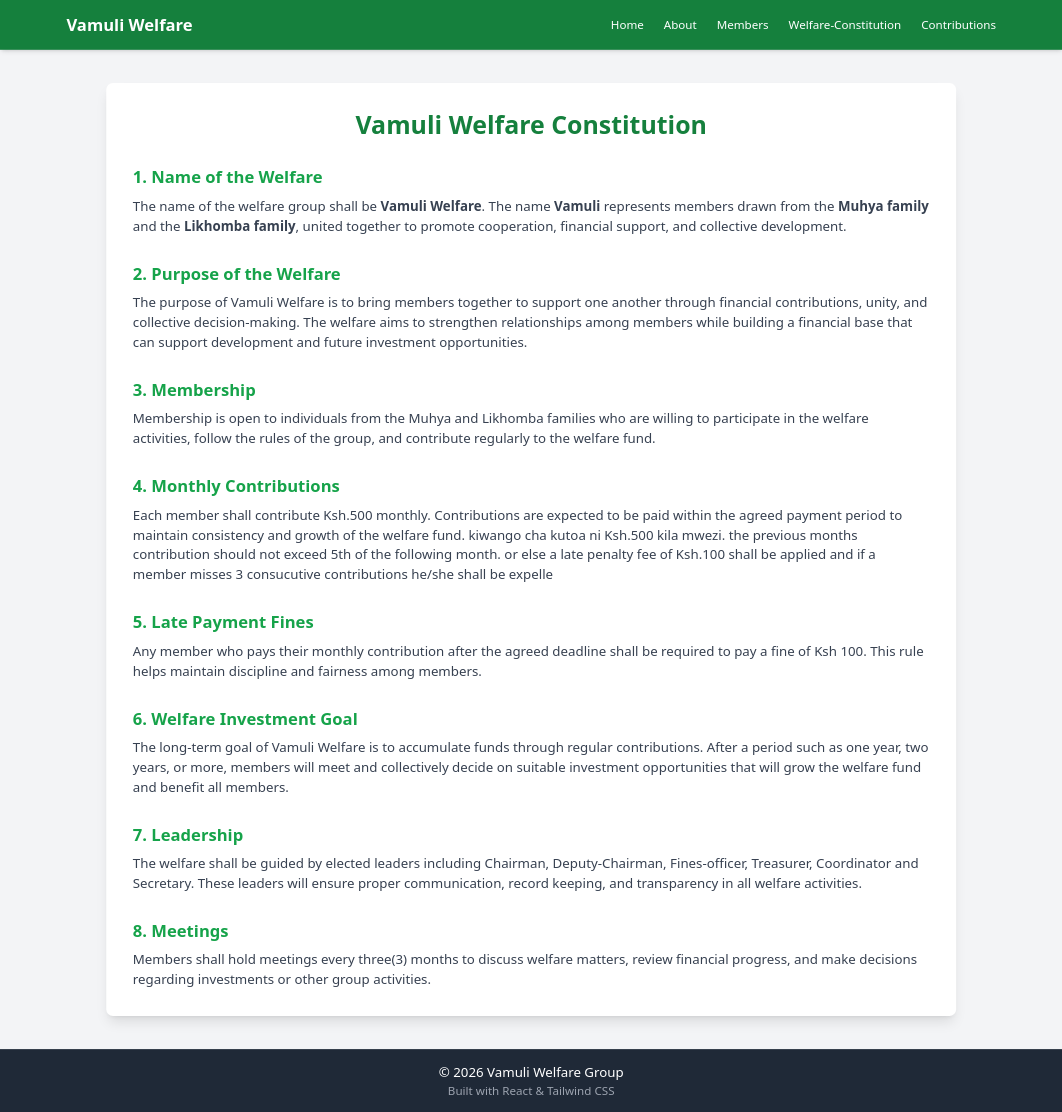
Repository: Engineer-collo/Vamuli-welfare
Page: /constitution
The author's editor kept a copy of each file at every save. The page is drawn from the files as they stood at one save, then again after a run of saves.
The browser window is 1280 px wide. The pictures show the whole page, at 83% of full size.
The project was rebuilt for these pictures with package versions that can differ from the ones it lists, and the page was loaded fresh each time. Also part of the build but not shown: vite.config.js, src/pages/contributionsData.js, src/pages/Home.jsx, src/pages/Members.jsx, src/pages/ContributionsTable.jsx, src/pages/About.jsx.

Above is the page before, as saved 2026-03-16 15:30:15.

### index.html
<!doctype html>
<html lang="en">
  <head>
    <meta charset="UTF-8" />
    <link rel="icon" type="image/svg+xml" href="/favicon.svg" />
    <meta name="viewport" content="width=device-width, initial-scale=1.0" />
    <title>vamuli-welfare</title>
  </head>
  <body>
    <div id="root"></div>
    <script type="module" src="/src/main.jsx"></script>
  </body>
</html>

### src/App.jsx
import { BrowserRouter as Router, Routes, Route } from "react-router-dom";

import Navbar from "./components/Navbar";
import Footer from "./components/Footer";

import Home from "./pages/Home";
import Members from "./pages/Members";
import ContributionsTable from "./pages/ContributionsTable";
import WelfareConstituion from "./pages/WelfareConstituion";
import About from "./pages/About";

function App() {
  return (
    <Router>
      <div className="bg-gray-100 min-h-screen">

        <Navbar />

        <Routes>
          <Route path="/" element={<Home />} />
          <Route path="/members" element={<Members />} />
          <Route path="/contributions" element={<ContributionsTable />} />
          <Route path="/about" element={<About />} />
          <Route path="/constitution" element={<WelfareConstituion/>} />

        </Routes>

        <Footer />

      </div>
    </Router>
  );
}

export default App;

### src/components/Navbar.jsx
import { Link } from "react-router-dom";

function Navbar() {
  return (
    <nav className="bg-green-700 text-white shadow-md">
      <div className="max-w-6xl mx-auto flex justify-between items-center p-4">

        <h1 className="text-xl font-bold">
          <Link to="/">Vamuli Welfare</Link>
        </h1>

        <ul className="flex gap-6 text-sm">
          <li>
            <Link to="/" className="hover:text-gray-200">Home</Link>
          </li>

          <li>
            <Link to="/about" className="hover:text-gray-200">About</Link>
          </li>

          <li>
            <Link to="/members" className="hover:text-gray-200">Members</Link>
          </li>

          <li>
            <Link to="/constitution" className="hover:text-gray-200">Welfare-Constitution</Link>
          </li>


          <li>
            <Link to="/contributions" className="hover:text-gray-200">Contributions</Link>
          </li>



        </ul>

      </div>
    </nav>
  );
}

export default Navbar;

### src/components/Footer.jsx
import React from "react";

function Footer() {
  return (
    <footer className="bg-gray-800 text-white mt-10">
      <div className="max-w-6xl mx-auto text-center p-4">
        <p>© 2026 Vamuli Welfare Group</p>
        <p className="text-sm text-gray-400">
          Built with React & Tailwind CSS
        </p>
      </div>
    </footer>
  );
}

export default Footer;

### src/pages/WelfareConstituion.jsx
import React from "react";

function Constitution() {
  return (
    <div className="max-w-5xl mx-auto mt-10 bg-white shadow-lg rounded-lg p-8">

      <h1 className="text-3xl font-bold text-center text-green-700 mb-8">
        Vamuli Welfare Constitution
      </h1>

      {/* Introduction */}

      <section className="mb-8">
        <h2 className="text-xl font-semibold text-green-600 mb-2">
          1. Name of the Welfare
        </h2>

        <p className="text-gray-700">
          The name of the welfare group shall be <strong>Vamuli Welfare</strong>.
          The name <strong>Vamuli</strong> represents members drawn from the
          <strong> Muhya family </strong> and the <strong>Likhomba family</strong>,
          united together to promote cooperation, financial support, and
          collective development.
        </p>
      </section>

      {/* Purpose */}

      <section className="mb-8">
        <h2 className="text-xl font-semibold text-green-600 mb-2">
          2. Purpose of the Welfare
        </h2>

        <p className="text-gray-700">
          The purpose of Vamuli Welfare is to bring members together to support
          one another through financial contributions, unity, and collective
          decision-making. The welfare aims to strengthen relationships among
          members while building a financial base that can support development
          and future investment opportunities.
        </p>
      </section>

      {/* Membership */}

      <section className="mb-8">
        <h2 className="text-xl font-semibold text-green-600 mb-2">
          3. Membership
        </h2>

        <p className="text-gray-700">
          Membership is open to individuals from the Muhya and Likhomba
          families who are willing to participate in the welfare activities,
          follow the rules of the group, and contribute regularly to the
          welfare fund.
        </p>
      </section>

      {/* Contributions */}

      <section className="mb-8">
        <h2 className="text-xl font-semibold text-green-600 mb-2">
          4. Monthly Contributions
        </h2>

        <p className="text-gray-700">
          Each member shall contribute Ksh.500 monthly.
          Contributions are expected to be paid within the agreed payment
          period to maintain consistency and growth of the welfare fund.

          kiwango cha kutoa ni Ksh.500 kila mwezi. the previous months contribution should not exceed 5th of the following month. or else a late penalty fee
           of Ksh.100 shall be applied and if a member misses 3 consucutive contributions he/she shall be expelle
        </p>
      </section>

      {/* Fines */}

      <section className="mb-8">
        <h2 className="text-xl font-semibold text-green-600 mb-2">
          5. Late Payment Fines
        </h2>

        <p className="text-gray-700">
          Any member who pays their monthly contribution after the agreed
          deadline shall be required to pay a fine of Ksh 100. This rule helps
          maintain discipline and fairness among members.
        </p>
      </section>

      {/* Investment */}

      <section className="mb-8">
        <h2 className="text-xl font-semibold text-green-600 mb-2">
          6. Welfare Investment Goal
        </h2>

        <p className="text-gray-700">
          The long-term goal of Vamuli Welfare is to accumulate funds through
          regular contributions. After a period such as one year, two years, or
          more, members will meet and collectively decide on suitable
          investment opportunities that will grow the welfare fund and benefit
          all members.
        </p>
      </section>

      {/* Leadership */}

      <section className="mb-8">
        <h2 className="text-xl font-semibold text-green-600 mb-2">
          7. Leadership
        </h2>

        <p className="text-gray-700">
          The welfare shall be guided by elected leaders including Chairman, Deputy-Chairman, Fines-officer, Treasurer,
          Coordinator and  Secretary. These leaders will ensure proper
          communication, record keeping, and transparency in all welfare
          activities.
        </p>
      </section>

      {/* Meetings */}

      <section>
        <h2 className="text-xl font-semibold text-green-600 mb-2">
          8. Meetings
        </h2>

        <p className="text-gray-700">
          Members shall hold meetings every three(3) months to discuss welfare
          matters, review financial progress, and make decisions regarding
          investments or other group activities.
        </p>
      </section>

    </div>
  );
}

export default Constitution;

### tailwind.config.js
/** @type {import('tailwindcss').Config} */
module.exports = {
  content: [
    "./index.html",
    "./src/**/*.{js,jsx}"
  ],
  theme: {
    extend: {},
  },
  plugins: [],
};

Loaded but not shown: src/main.jsx (common file); src/index.css (common file)

After the next 2 saves:
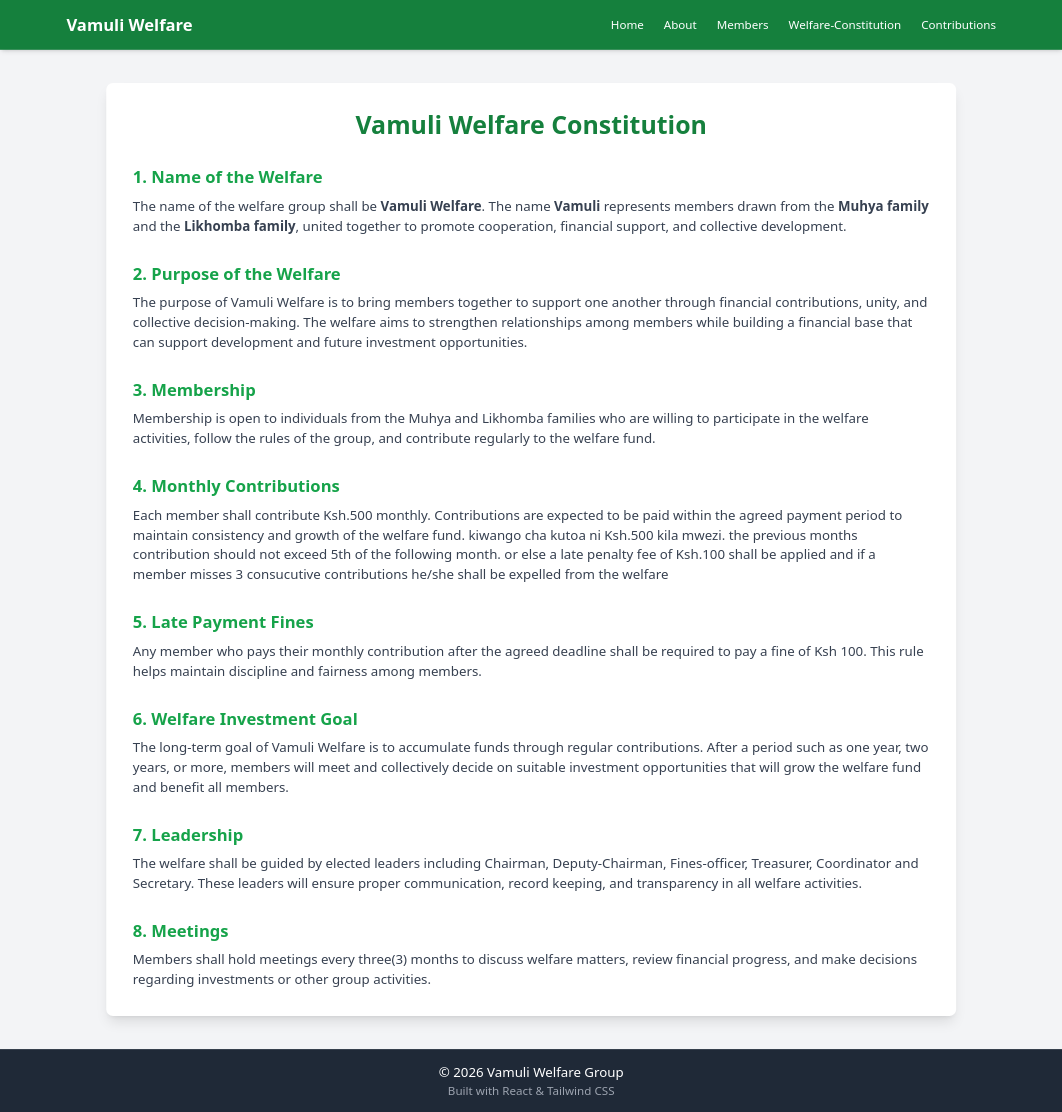
The 2 saves are shown as one change because they came seconds apart.
The last was saved 8 s later.
--- a/src/pages/WelfareConstituion.jsx
+++ b/src/pages/WelfareConstituion.jsx
@@ -68,7 +68,7 @@
           period to maintain consistency and growth of the welfare fund.
 
           kiwango cha kutoa ni Ksh.500 kila mwezi. the previous months contribution should not exceed 5th of the following month. or else a late penalty fee
-           of Ksh.100 shall be applied and if a member misses 3 consucutive contributions he/she shall be expelle
+           of Ksh.100 shall be applied and if a member misses 3 consucutive contributions he/she shall be expelled from the welfare
         </p>
       </section>
 
